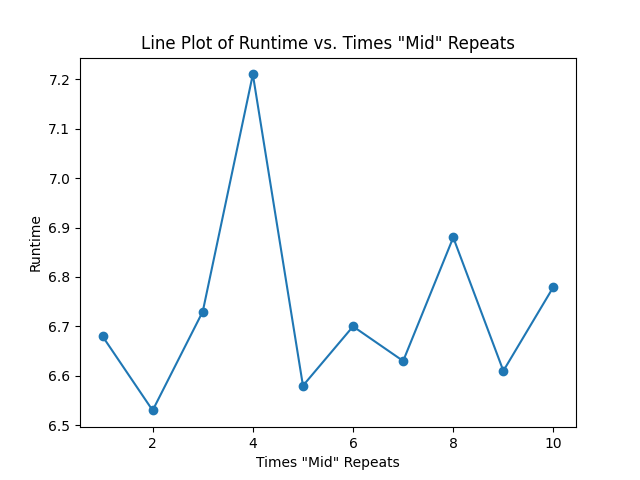
Repository: kingsoneight/CS350-Computer-System
Script's output: python hw7/EVAL/1a.py
An editor plug-in stored every save of this project. The script's output is shown before and after the next save, followed by the edit.
Random numbers start from a fixed seed.

Above is the script's output before, as saved 2023-12-04 18:09:43.

After the next save:
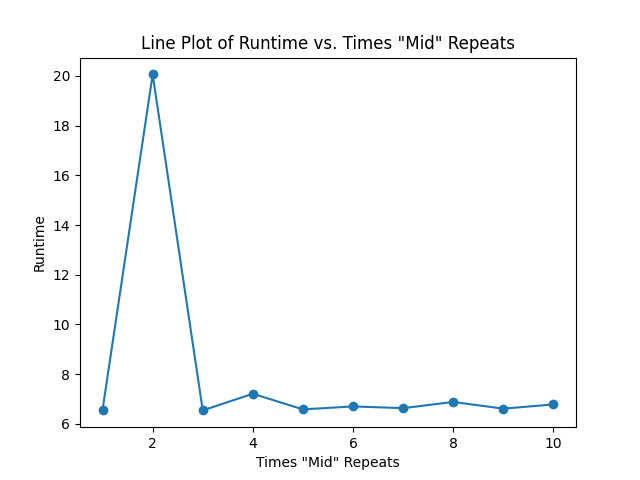
Saved 52 min 55 s later.
--- a/hw7/EVAL/1a.py
+++ b/hw7/EVAL/1a.py
@@ -2,7 +2,7 @@ import matplotlib.pyplot as plt
 
 # Sample data (replace with your own data)
 x_values = [1, 2, 3, 4, 5, 6, 7, 8, 9, 10]
-y_values = [6.68, 6.53, 6.73, 7.21, 6.58, 6.7, 6.63, 6.88, 6.61, 6.78]
+y_values = [6.56, 20.06, 6.54, 7.21, 6.58, 6.7, 6.63, 6.88, 6.61, 6.78]
 
 # Create the plot
 plt.plot(x_values, y_values, marker='o', linestyle='-')
